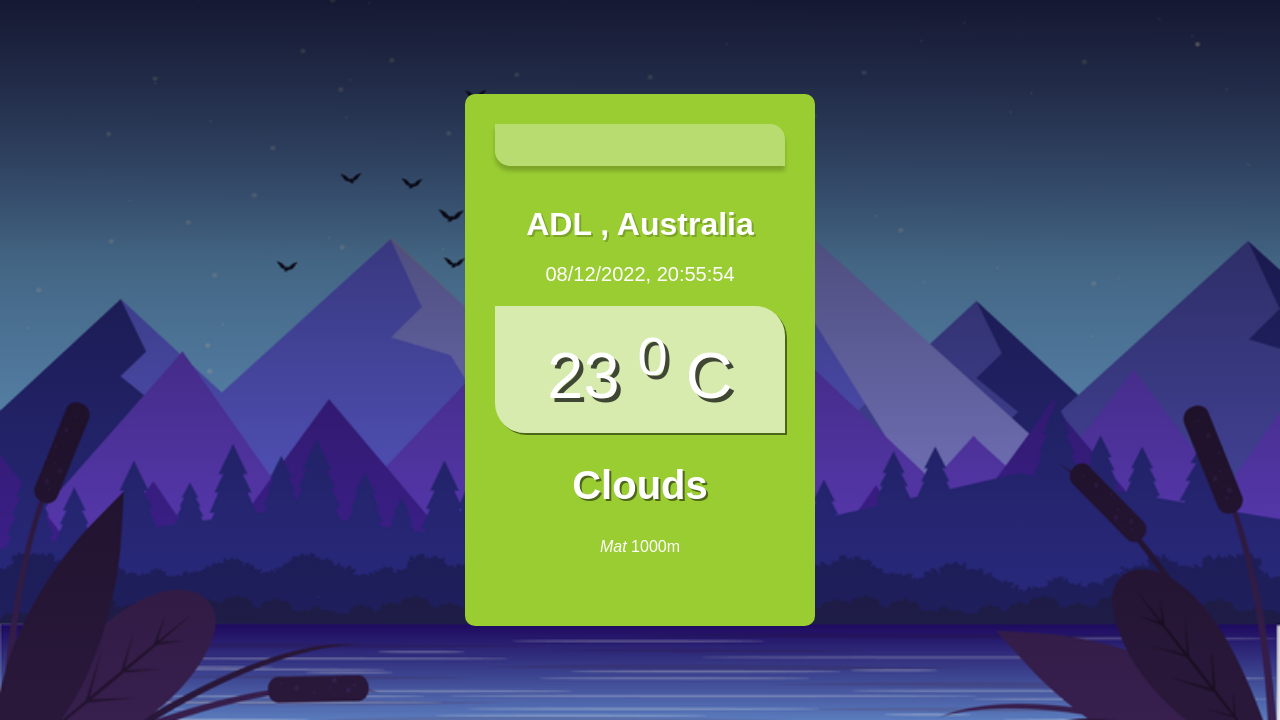
Repository: andrewhuynh561/weather-app-1
Page: index.html
An editor plug-in stored every save of this project. The page is shown before and after the next save, followed by the edit.
The browser window is 1280 px wide. The pictures show the whole page.

Above is the page before, as saved 2022-12-08 21:17:51.

### index.html
<!DOCTYPE html>
<html lang="en">
<head>
    <meta charset="UTF-8">
    <meta http-equiv="X-UA-Compatible" content="IE=edge">
    <meta name="viewport" content="width=device-width, initial-scale=1.0">
    <title>Weather app</title>
    <link
     rel="stylesheet"
     href="https://cdnjs.cloudflare.com/ajax/libs/font-awesome/6.0.0-beta2/css/all.min.css"
     integrity="sha512-YWzhKL2whUzgiheMoBFwW8CKV4qpHQAEuvilg9FAn5VJUDwKZZxkJNuGM4XkWuk94WCrrwslk8yWNGmY1EduTA=="
     crossorigin="anonymous"
     referrerpolicy="no-referrer">
    <link rel="stylesheet" href="style.css">
</head>
<body>
    <div id="weather">
        <input type="text" class="search">
        <div class="content">
            <h1 class="capital">
                <span class="city">ADL</span>
                <span>,</span>
                <span class="country">Australia</span>
            </h1>

            <div class="time">08/12/2022, 20:55:54</div>

            <div class="temperature">
                <span class="value">23 <sup>0</sup> C</span>
            </div>

            <div class="short-desc">Clouds</div>

            <div class="more-desc">
                <div class="visibility">
                    <i>Mat</i>
                    <span>1000m</span>
                </div>
            </div>
        </div>
    </div>

</body>
</html>

### style.css
*{
    margin: 0;
    padding: 0;
    box-sizing: border-box;
}
body{
    font-family: sans-serif;
    height: 100vh;
    display: flex;
    justify-content: center;
    align-items: center;
    background: linear-gradient(to bottom, rgba(0,0,0,0.7),rgba(0,0,0,0.1)),url(./image/222.png)  no-repeat center/cover;
}

#weather{
    width: 350px;
    border-radius:10px ;
    padding: 30px 30px;
    background: yellowgreen;
}

.search{
    width: 100%;
    padding: 10px 20px;
    border: none;
    outline: none;
    background: rgba(255,255,255,0.3);
    border-radius: 0 15px 0 15px;
    box-shadow:0 5px 4px rgba(0,0,0,0.2);
    transition:0.4s ;
    font-size: 19px;
}
.search:focus{
    background: rgba(255,255,255,0.7);
    border-radius: 15px 0 15px 0;
}
.content{
    text-align: center;
    color: white;
    margin: 40px 0;
}
.capital{
    text-shadow: 2px 2px rgba(0,0,0,0.2);
}
.time{
    margin: 20px 0;
    font-size: 15pt;
}
.temperature{
    font-size: 65px;
    text-shadow: 4px 4px rgba(0,0,0,0.7);
    background: rgba(255,255,255,0.6);
    box-shadow: 2px 2px rgba(0,0,0,0.5);
    border: none;
    border-radius: 0 30px;
    padding: 20px;
}
.short-desc{
    font-size: 40px;
    font-weight: bold;
    text-shadow: 2px 2px rgba(0,0,0,0.5);
    margin: 30px;

}

After the next save:
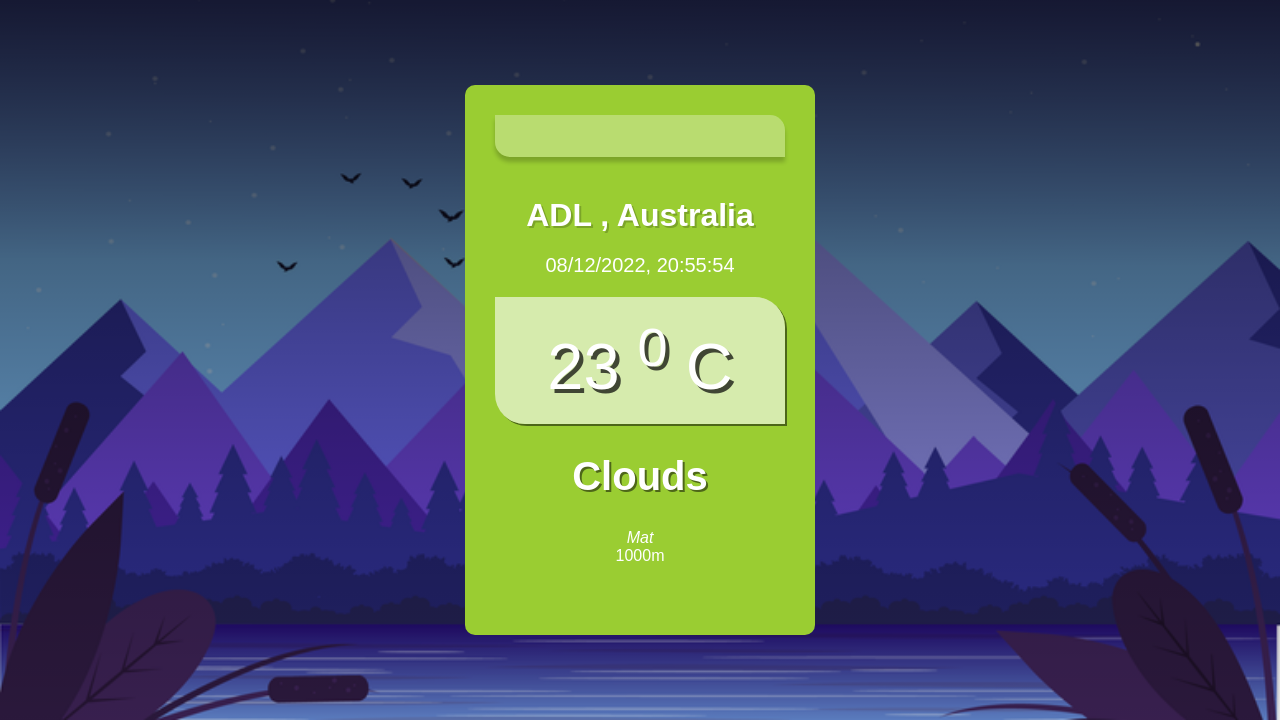
Saved 2 min 25 s later.
--- a/style.css
+++ b/style.css
@@ -62,3 +62,7 @@ body{
     margin: 30px;
 
 }
+.more-desc div{
+    display: flex;
+    flex-direction: column;
+}
